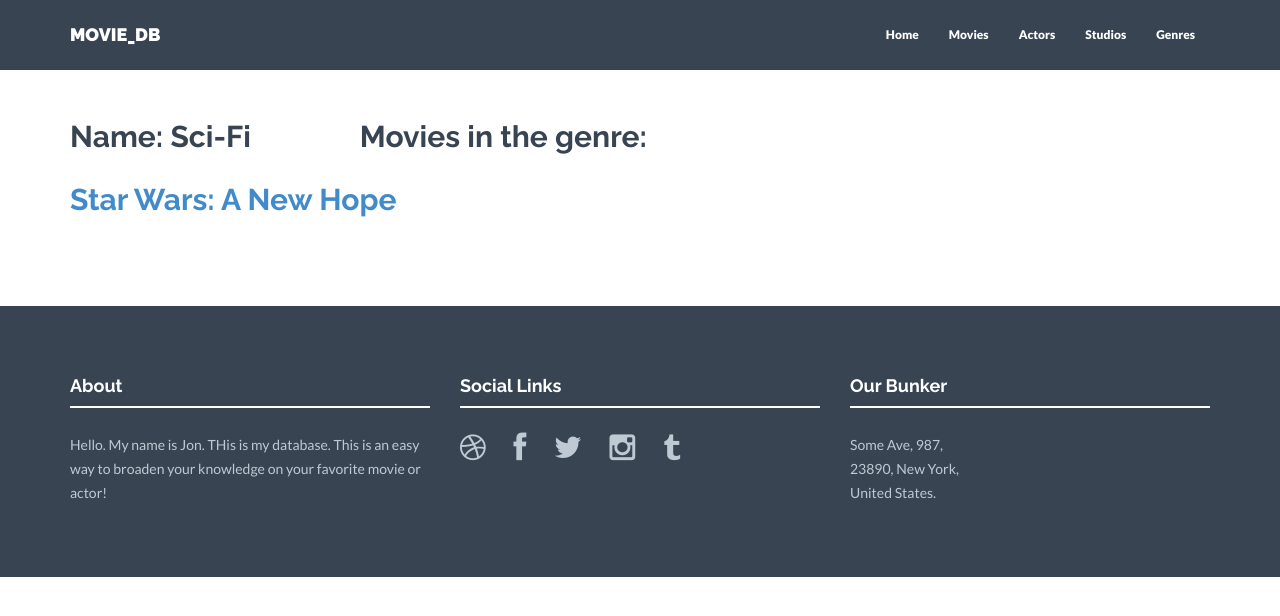
Repository: jonak91/Buzzerd-index
Page: http://localhost/genre.php?gID=1
The author's editor kept a record of every edit. The page is drawn from the files as they stood at one moment, then again after the next edit.
The browser window is 1280 px wide. The pictures show the whole page.
Some web libraries are served in a nearby version. The page is run by PHP 8.4 with error messages shown; the project is at /var/www/html/. The database holds what the project's SQL file puts in it.

Above is the page before.
Not found: assets/js/modernizr.js

### genre.php
<?php require_once( 'incl/functions.php' ); ?>
<?php require_once( 'incl/header.php' ); ?>

 <div class="container mtb">
	 	<div class="row">

	 		<?php
	 		$gID = $_GET['gID'];
	 		$genre = get_genre($gID);
	 		?>

	 		<! -- MAIN CONTENAT AREA -->
	 		<div class="col-lg-8">

					<table style="width:100%">

					<tr><td><h2>Name: <?php echo $genre['name']; ?></h2></td> <td><h2>Movies in the genre:</h2></td></tr>
					<?php $moviesfromgenre = get_moviesfromgenre($gID);
		 		foreach ($moviesfromgenre as $moviefromgenre) {?>
		 			<tr>
		 			<td colspan="2"><h2><a href="movie.php?mID=<?php echo $moviefromgenre['mID']; ?>"><?php echo $moviefromgenre['title']; ?></a></h2></td>
		 			</tr>
		 		<?php } ?>


					</table>

			</div><! --/ MAIN CONTENT AREA -->

	 	</div><! --/row -->
	 </div><! --/container -->

<?php require_once( 'incl/footer.php' ); ?>

### incl/functions.php
<?php
require_once('database.php');

$host= '127.0.0.1';
$u= 'jonak91';
$p = '';
$d= 'movies';

global $db;
$db= new Database($d, $u, $p, $host);

function get_movies(){
	$db = $GLOBALS['db'];
	$results = $db->query("SELECT * FROM movies"); //updated
	return $db->resToArray($results);
}

function get_actors(){
	$db= $GLOBALS['db'];
	$results = $db->query("SELECT * FROM actors ORDER BY 'first_name'"); //updated
	return $db->resToArray($results);
}

function get_studios(){
	$db= $GLOBALS['db'];
	$results = $db->query("SELECT * FROM studio"); //updated
	return $db->resToArray($results);
}

function get_genres(){
	$db= $GLOBALS['db'];
	$results = $db->query("SELECT * FROM genre"); //updated
	return $db->resToArray($results);
}

function get_movie($mID){
	$db= $GLOBALS['db'];
	$query= "SELECT * FROM movies WHERE mID = '$mID'"; //updated
	return $db->get_row($query);
}

function get_actor($aID){
	$db= $GLOBALS['db'];
	$query= "SELECT * FROM actors WHERE aID = '$aID'"; //updated
	return $db->get_row($query);
}

function get_studio($sID){
	$db= $GLOBALS['db'];
	$query= "SELECT * FROM studio WHERE sID = '$sID'"; //updated
	return $db->get_row($query);
}

function get_genre($gID){
	$db= $GLOBALS['db'];
	$query= "SELECT * FROM genre WHERE gID = '$gID'"; //updated
	return $db->get_row($query);
}

function get_moviesfromstudio($id){  //works
	$db= $GLOBALS['db'];
	$results= $db->query("SELECT * FROM movies JOIN studio ON movies.studioID = studio.sID WHERE studio.sID = '$id'");
	return $db->resToArray($results);
}

function get_genresfrommovies($id){
	$db= $GLOBALS['db'];
	$results= $db->query("SELECT * FROM genre JOIN movie_genres ON genre.gID = movie_genres.genreID JOIN movies ON movie_genres.movieID = movies.mID WHERE movies.mID = '$id'");
	return $db->resToArray($results);
}

function get_moviesfromactor($id){ //works
	$db= $GLOBALS['db'];
	$results= $db->query("SELECT * FROM movies JOIN movie_actors ON movies.mID = movie_actors.movieID JOIN actors ON movie_actors.actorID = actors.aID WHERE actors.aID = '$id'");
	return $db->resToArray($results);
}

function get_moviesfromgenre($id){ //works
	$db= $GLOBALS['db'];
	$results= $db->query("SELECT * FROM movies JOIN movie_genres ON movies.mID = movie_genres.movieID JOIN genre ON movie_genres.genreID = genre.gID WHERE genre.gID = '$id'");
	return $db->resToArray($results);
}

function get_actorsfrommovies($id){  //works
	$db= $GLOBALS['db'];
	$results= $db->query("SELECT * FROM actors JOIN movie_actors ON actors.aID = movie_actors.actorID JOIN movies ON movie_actors.movieID = movies.mID WHERE movies.mID = '$id'");
	return $db->resToArray($results);
}

function add_movie($info){		//works
	$db= $GLOBALS['db'];
	extract($info);
	$submitted= $db->query("INSERT INTO movies VALUES('', '$title', '$year_released', '$synopsis', '$was_novel', '$studioID', CURRENT_TIMESTAMP)");

	if($submitted){
		print "<h3>$title submitted!</h3>";
	}
}

function add_actor($info){		//works
	$db= $GLOBALS['db'];
	extract($info);
	$submitted= $db->query("INSERT INTO actors VALUES('', '$first_name', '$last_name', '$bio', '$dob', '$won_oscar', CURRENT_TIMESTAMP)");

	if($submitted){
		print "<h3>$first_name $last_name submitted!</h3>";
	}
}

function add_genre($info){		//works
	$db= $GLOBALS['db'];
	extract($info);
	$submitted= $db->query("INSERT INTO genre VALUES('', '$name', CURRENT_TIMESTAMP)");

	if($submitted){
		print "<h3>$name submitted!</h3>";
	}
}

function add_studio($info){		//works
	$db= $GLOBALS['db'];
	extract($info);
	$submitted= $db->query("INSERT INTO studio VALUES('', '$name', '$city', '$state', '$zip', CURRENT_TIMESTAMP)");

	if($submitted){
		print "<h3>$name submitted!</h3>";
	}
}

function assign_atm($info){		//works
	$db= $GLOBALS['db'];
	extract($info);
	$submitted= $db->query("INSERT INTO movie_actors VALUES('', '$movie', '$actor', CURRENT_TIMESTAMP)");

	if($submitted){
		print "<h3>assigned</h3>";
	}
}

function assign_gtm($info){		//works
	$db= $GLOBALS['db'];
	extract($info);
	$submitted= $db->query("INSERT INTO movie_genres VALUES('', '$movie', '$genre', CURRENT_TIMESTAMP)");

	if($submitted){
		print "<h3>assigned</h3>";
	}
}


?>
>

### incl/database.php
<?php
class Database{
        var $dbName;
        var $user;
        var $password;
        var $host;
        var $lastID;
        var $dbConn;

        //constructor
        function __construct($db, $u, $p, $h){
                $this->dbName= $db;
                $this->user= $u;
                $this->password= $p;
                $this->host= $h;

                //metadata to get entire table list?
        }

        //any query
        function query($query){
                        $this->dbConn= new mysqli($this->host, $this->user, $this->password, $this->dbName);
                        if($this->dbConn->connect_errno > 0){
                                die('Unable to connect to database [' . $dbh->connect_error . ']');
                        }

                        $result= $this->dbConn->query($query) or die('There was an error running the query [' . $this->dbConn->error . ']');
                        $this->lastID= $this->dbConn->insert_id;
                        $this->dbConn->close();

                        return $result;
        }

        function resToArray($res){
                $data= array();
                while($info= mysqli_fetch_assoc($res)){
                        $data[]= $info;
                }

                return $data;
        }

        function get_column($query){

                $res= $this->query($query);

                $data= array();

                while($info= mysqli_fetch_assoc($res)){
                        $key= array_keys($info);
                        $key= $key[0];
                        $data[]= $info[$key];
                }

                return $data;
        }

        function get_row($query){
                $res= $this->query($query);
                $res= $this->resToArray($res);

            return ($res == false) ? $res : $res[0];
        }

        function get_var($query){
                $res= $this->query($query);

                $info= mysqli_fetch_array($res);

                return $info[0];
        }


        function get_mysql_timestamp(){
                return date('Y-m-d H:i:s', time());
        }

        function print_array( $a ) {
        ?>
          <pre>
          <?php var_dump( $a ); ?>
          </pre>
        <?php
        }


        function clean_array($info){
                foreach($info as $key => $val){
                        $info["$key"]= $this->clean($val);
                }

                return $info;
        }


        function clean($a){
                $this->dbConn= new mysqli($this->host, $this->user, $this->password, $this->dbName);
                $a= $this->dbConn->real_escape_string($a);
                $this->dbConn->close();

                return $a;
        }

}


?>

### incl/header.php
<!DOCTYPE html>
<html lang="en">
  <head>
    <meta charset="utf-8">
    <meta http-equiv="X-UA-Compatible" content="IE=edge">
    <meta name="viewport" content="width=device-width, initial-scale=1">
    <meta name="description" content="">
    <meta name="author" content="">
    <link rel="shortcut icon" href="assets/ico/favicon.ico">

    <title>SOLID - Bootstrap 3 Theme</title>

    <!-- Bootstrap core CSS -->
    <link href="assets/css/bootstrap.css" rel="stylesheet">

    <!-- Custom styles for this template -->
    <link href="assets/css/style.css" rel="stylesheet">
    <link href="assets/css/font-awesome.min.css" rel="stylesheet">


    <!-- Just for debugging purposes. Don't actually copy this line! -->
    <!--[if lt IE 9]><script src="../../assets/js/ie8-responsive-file-warning.js"></script><![endif]-->

    <!-- HTML5 shim and Respond.js IE8 support of HTML5 elements and media queries -->
    <!--[if lt IE 9]>
      <script src="https://oss.maxcdn.com/libs/html5shiv/3.7.0/html5shiv.js"></script>
      <script src="https://oss.maxcdn.com/libs/respond.js/1.4.2/respond.min.js"></script>
    <![endif]-->

    <script src="assets/js/modernizr.js"></script>
  </head>

  <body>

    <!-- Fixed navbar -->
    <div class="navbar navbar-default navbar-fixed-top" role="navigation">
      <div class="container">
        <div class="navbar-header">
          <button type="button" class="navbar-toggle" data-toggle="collapse" data-target=".navbar-collapse">
            <span class="sr-only">Toggle navigation</span>
            <span class="icon-bar"></span>
            <span class="icon-bar"></span>
            <span class="icon-bar"></span>
          </button>
          <a class="navbar-brand" href="index.php">MOVIE_DB</a>
        </div>
        <div class="navbar-collapse collapse navbar-right">
          <ul class="nav navbar-nav">
            <li><a href="index.php">Home</a></li>
            <li><a href="movies.php">Movies</a></li>
            <li><a href="actors.php">Actors</a></li>
            <li><a href="studios.php">Studios</a></li>
            <li><a href="genres.php">Genres</a></li>
          </ul>
        </div><!--/.nav-collapse -->
      </div>
    </div>

### incl/footer.php


	<!-- *****************************************************************************************************************
	 FOOTER
	 ***************************************************************************************************************** -->
	 <div id="footerwrap">
	 	<div class="container">
		 	<div class="row">
		 		<div class="col-lg-4">
		 			<h4>About</h4>
		 			<div class="hline-w"></div>
		 			<p>Hello. My name is Jon. THis is my database. This is an easy way to broaden your knowledge on your favorite movie or actor!</p>
		 		</div>
		 		<div class="col-lg-4">
		 			<h4>Social Links</h4>
		 			<div class="hline-w"></div>
		 			<p>
		 				<a href="#"><i class="fa fa-dribbble"></i></a>
		 				<a href="#"><i class="fa fa-facebook"></i></a>
		 				<a href="#"><i class="fa fa-twitter"></i></a>
		 				<a href="#"><i class="fa fa-instagram"></i></a>
		 				<a href="#"><i class="fa fa-tumblr"></i></a>
		 			</p>
		 		</div>
		 		<div class="col-lg-4">
		 			<h4>Our Bunker</h4>
		 			<div class="hline-w"></div>
		 			<p>
		 				Some Ave, 987,<br/>
		 				23890, New York,<br/>
		 				United States.<br/>
		 			</p>
		 		</div>

		 	</div><! --/row -->
	 	</div><! --/container -->
	 </div><! --/footerwrap -->

    <!-- Bootstrap core JavaScript
    ================================================== -->
    <!-- Placed at the end of the document so the pages load faster -->
    <script src="https://ajax.googleapis.com/ajax/libs/jquery/1.11.0/jquery.min.js"></script>
    <script src="assets/js/bootstrap.min.js"></script>
	<script src="assets/js/retina-1.1.0.js"></script>
	<script src="assets/js/jquery.hoverdir.js"></script>
	<script src="assets/js/jquery.hoverex.min.js"></script>
	<script src="assets/js/jquery.prettyPhoto.js"></script>
  	<script src="assets/js/jquery.isotope.min.js"></script>
  	<script src="assets/js/custom.js"></script>


  </body>
</html>

### assets/css/style.css
/*	################################################################

	Author: Carlos Alvarez
	URL: http://alvarez.is

	Project Name: SOLID - Bootstrap 3 Theme
	Version: 1.0
	URL: http://alvarez.is

################################################################# */
@import url(http://fonts.googleapis.com/css?family=Raleway:400,700,900);
@import url(http://fonts.googleapis.com/css?family=Lato:400,900);
@import url("prettyPhoto.css") screen;
@import url("hoverex-all.css") screen;

/*	################################################################
	1. GENERAL STRUCTURES
################################################################# */
	* {
		margin: 0;
		padding: 0px;
	}

body {
	background: #ffffff;
	margin: 0;
	height: 100%;
	color: #384452;
	font-family: 'Lato', sans-serif;
	font-weight: 400;
	}

h1, h2, h3, h4, h5, h6 {
	font-family: 'Raleway', sans-serif;
	font-weight: 700;
}

p {
	padding: 0;
	margin-bottom: 12px;
	font-family: 'Lato', sans-serif;
	font-weight: 400;
	font-size: 14px;
	line-height: 24px;
	color: #384452;
	margin-top: 10px;
}

img {
	height: auto;
	max-width: 100%;
}

a {
	padding: 0;
	margin: 0;
	text-decoration: none;
	-webkit-transition: background-color .4s linear, color .4s linear;
	-moz-transition: background-color .4s linear, color .4s linear;
	-o-transition: background-color .4s linear, color .4s linear;
	-ms-transition: background-color .4s linear, color .4s linear;
	transition: background-color .4s linear, color .4s linear;
}
a:hover,
a:focus {
  text-decoration: none;
  color:#01b2fe;
}

::-moz-selection  {
	color: #fff;
	text-shadow:none;
	background:#2B2E31;
}
::selection {
	color: #fff;
	text-shadow:none;
	background:#2B2E31;
}

.centered {
	text-align: center
}

/*	################################################################
	BOOTSTRAP MODIFICATIONS & TWEAKS
################################################################# */
.navbar {
	min-height: 70px;
	padding-top: 10px;
	margin-bottom: 0px;
}

.navbar-brand {
	font-family: 'Raleway', sans-serif;
	font-weight: 900;
}

.navbar-header .navbar-brand {
	color: white;
}

.navbar-default .navbar-nav > li > a {
	color: white;
	font-weight: 700;
	font-size: 12px;
}

.navbar-default .navbar-nav > li > a:hover {
	color: #00b3fe;
}

.navbar-default .navbar-nav > .active > a, .navbar-default .navbar-nav > .active > a:hover, .navbar-default .navbar-nav > .active > a:focus {
	color: #00b3fe;
	background-color: transparent;
}

.navbar-default {
	background-color: #384452;
	border-color: transparent;
}

.dropdown-menu {
	background: #384452;
}

.dropdown-menu > li > a {
	color: white;
	font-weight: 700;
	font-size: 12px;
}

.btn-theme {
  color: #fff;
  background-color: #384452;
  border-color: #384452;
  margin: 4px;
}
.btn-theme:hover,
.btn-theme:focus,
.btn-theme:active,
.btn-theme.active,
.open .dropdown-toggle.btn-theme {
  color: #fff;
  background-color: #00b3fe;
  border-color: #00b3fe;
}

.dmbutton:hover,
.dmbutton:active,
.dmbutton:focus{
	color: #ffffff;
	background-color: #222222;
	border-color: #ffffff;
}
.dmbutton {
	background:rgba(0, 0, 0, 0);
	border: 1px solid #ffffff;
	color: #ffffff;
	-webkit-border-radius: 2px;
	border-radius: 2px;
	padding-top: 1.025rem;
	padding-right: 2.25rem;
	letter-spacing:0.85px;
	padding-bottom: 1.0875rem;
	padding-left: 2.25rem;
	font-size: 1.55rem;
	cursor: pointer;
	font-weight: normal;
	line-height: normal;
	margin: 0 0 1.25rem;
	text-decoration: none;
	text-align: center;
	display: inline-block;
	-webkit-transition: background-color 300ms ease-out;
	-moz-transition: background-color 300ms ease-out;
	transition: background-color 300ms ease-out;
	-webkit-appearance: none;
	font-weight: normal !important;
}

.mtb {
	margin-top: 80px;
	margin-bottom: 80px;
}

.mb {
	margin-bottom: 60px;
}

.mt {
	margin-top: 60px;
}

.hline {
	border-bottom: 2px solid #384452;
}

.hline-w {
	border-bottom: 2px solid #ffffff;
	margin-bottom: 25px;
}
/*	################################################################
	SITE WRAPS
################################################################# */

#headerwrap {
	background-color: #00b3fe;
	min-height: 550px;
	padding-top: 100px;
	padding-bottom: 0px;
	text-align: center;
}

#headerwrap h3, h5 {
	color: white;
	font-weight: 400;
}

#headerwrap h1 {
	color: white;
	margin-bottom: 25px;
}

#headerwrap .img-responsive {
	margin: 0 auto;
}

/* Services Wrap */
#service {
	margin-top: 100px;
	margin-bottom: 80px;
}

#service i {
	color: #00b3fe;
	font-size: 60px;
	padding: 15px;
}

/* Portfolio Wrap */
#portfoliowrap {
	padding-top: 60px;
	margin-bottom: 60px;
	display: block;
	text-align: center
}

#portfoliowrap h3 {
	margin-bottom: 25px;
}

.portfolio {
	padding:0 !important;
	margin:0 !important;
	display:block;
}


.portfolio-item .title:before {border-radius:0; display:none}
.portfolio-item p {margin:0px 0 30px;}
.portfolio-item h3 {margin:-10px 0 10px; font-size:16px; text-transform:uppercase;}


.tpl6 h3
{
	color:#fff;
	margin:0;
	padding:40px 5px 0;
	font-size:16px;
	text-transform:uppercase;
}
.tpl6 .dmbutton
{
	display:inline-block;
	margin:30px 5px 20px 5px;
	font-size:13px;
}

.tpl6 .bg
{
	height:100%;
	width:100%;
	background-color:#00b3fe;
	background-color:rgba(0,179,254,.9);
	text-align:center;
}

/* Testimonials Wrap */
#twrap {
	background: url(../img/t-back.jpg) no-repeat center top;
	margin-top: 0px;
	padding-top:60px;
	text-align:center;
	background-attachment: relative;
	background-position: center center;
	min-height: 450px;
	width: 100%;

    -webkit-background-size: 100%;
    -moz-background-size: 100%;
    -o-background-size: 100%;
    background-size: 100%;

    -webkit-background-size: cover;
    -moz-background-size: cover;
    -o-background-size: cover;
    background-size: cover;
}

#twrap i {
	font-size: 50px;
	color: white;
	margin-bottom: 25px;
}

#twrap p {
	color: white;
	font-size: 15px;
	line-height: 30px;
}

/* clients logo */
#cwrap {
	background: #f7f7f7;
	margin-top: 0px;
	padding-top: 80px;
	padding-bottom: 100px;
}

#cwrap h3 {
	margin-bottom: 60px;
}

/* Footer */
#footerwrap {
	padding-top: 60px;
	padding-bottom: 60px;
	background: #384452;
}

#footerwrap p {
	color: #bfc9d3;
}

#footerwrap h4 {
	color: white;
}

#footerwrap i {
	font-size: 30px;
	color: #bfc9d3;
	padding-right: 25px;
}

#footerwrap i:hover {
	color: #00b3fe
}

/*	################################################################
	PAGE CONFIGURATIONS
################################################################# */
/* General Tweaks */

#blue {
	background: #00b3fe;
	margin-top: 60px;
	margin-bottom: 60px;
	padding-top: 25px;
	padding-bottom: 25px;
}

#blue h3 {
	color: white;
	margin-left: 15px;
}

.ctitle {
	color: #00b3fe;
	font-weight: 700;
	margin-bottom: 15px;
}

csmall {
	font-size: 12px;
	color: #b3b3b3;
}
csmall2 {
	font-size: 12px;
	color: #f39c12
}

.spacing {
	margin-top: 40px;
	margin-bottom: 40px;
}

.badge-theme {
	background: #00b3fe;
}

/* Contact Page */
#contactwrap {
	background: url(../img/contact.jpg) no-repeat center top;
	margin-top: -60px;
	padding-top:0px;
	text-align:center;
	background-attachment: relative;
	background-position: center center;
	min-height: 400px;
	width: 100%;

    -webkit-background-size: 100%;
    -moz-background-size: 100%;
    -o-background-size: 100%;
    background-size: 100%;

    -webkit-background-size: cover;
    -moz-background-size: cover;
    -o-background-size: cover;
    background-size: cover;
}

/* Blog Page */
.popular-posts {
	margin: 0px;
	padding-left: 0px;
	}

.popular-posts li {
	list-style: none;
	margin-bottom: 20px;
	min-height: 70px;
}
.popular-posts li a,
.popular-posts li a:hover {
	color:#2f2f2f;
	text-decoration: none;
	}

.popular-posts li img {
	float: left;
	margin-right: 20px;
	}

.popular-posts li em {
	font-family: 'Lato', sans-serif;
	font-size: 12px;
	color: #b3b3b3
	}

.popular-posts p {
	line-height: normal;
	margin-bottom: auto;
}

.share i {
	padding-right: 15px;
	font-size: 18px;
}

### job.sql (the tables this page reads)
CREATE TABLE IF NOT EXISTS `genre` (
`gID` smallint(6) NOT NULL,
  `name` varchar(50) NOT NULL,
  `timestamp` timestamp NOT NULL DEFAULT CURRENT_TIMESTAMP ON UPDATE CURRENT_TIMESTAMP
) ENGINE=InnoDB AUTO_INCREMENT=7 DEFAULT CHARSET=latin1;

INSERT INTO `genre` (`gID`, `name`, `timestamp`) VALUES
(1, 'Sci-Fi', '2014-11-21 13:16:26'),
(2, 'Fantasy', '2014-11-21 13:16:26'),
(3, 'Political Satire', '2014-11-21 13:16:38'),
(4, 'Comedy', '2014-11-21 13:16:38'),
(5, 'Crime', '2014-11-21 13:26:18'),
(6, 'Thriller', '2014-11-21 13:26:18');

ALTER TABLE `genre`
 ADD PRIMARY KEY (`gID`);

ALTER TABLE `genre`
MODIFY `gID` smallint(6) NOT NULL AUTO_INCREMENT,AUTO_INCREMENT=7;

CREATE TABLE IF NOT EXISTS `movie_genres` (
`mgID` int(11) NOT NULL,
  `movieID` mediumint(9) NOT NULL,
  `genreID` smallint(6) NOT NULL,
  `timestamp` timestamp NOT NULL DEFAULT CURRENT_TIMESTAMP ON UPDATE CURRENT_TIMESTAMP
) ENGINE=InnoDB AUTO_INCREMENT=9 DEFAULT CHARSET=latin1;

INSERT INTO `movie_genres` (`mgID`, `movieID`, `genreID`, `timestamp`) VALUES
(1, 1, 1, '2014-11-21 13:16:52'),
(2, 1, 2, '2014-11-21 13:16:52'),
(3, 2, 3, '2014-11-21 13:17:03'),
(4, 2, 4, '2014-11-21 13:17:03'),
(5, 3, 5, '2014-11-21 13:26:39'),
(6, 3, 6, '2014-11-21 13:26:39'),
(7, 4, 5, '2014-11-21 13:26:51'),
(8, 4, 6, '2014-11-21 13:26:51');

ALTER TABLE `movie_genres`
 ADD PRIMARY KEY (`mgID`);

ALTER TABLE `movie_genres`
MODIFY `mgID` int(11) NOT NULL AUTO_INCREMENT,AUTO_INCREMENT=9;

CREATE TABLE IF NOT EXISTS `movies` (
`mID` mediumint(9) NOT NULL,
  `title` varchar(50) NOT NULL,
  `year_released` year(4) NOT NULL,
  `synopsis` longtext NOT NULL,
  `was_novel` tinyint(4) NOT NULL,
  `studioID` mediumint(9) NOT NULL,
  `timestamp` timestamp NOT NULL DEFAULT CURRENT_TIMESTAMP ON UPDATE CURRENT_TIMESTAMP
) ENGINE=InnoDB AUTO_INCREMENT=5 DEFAULT CHARSET=latin1;

INSERT INTO `movies` (`mID`, `title`, `year_released`, `synopsis`, `was_novel`, `studioID`, `timestamp`) VALUES
(1, 'Star Wars: A New Hope', 1977, 'Hokey religions and ancient weapons are no match for a good blaster at your side, kid. You''re all clear, kid. Let''s blow this thing and go home! I suggest you try it again, Luke. This time, let go your conscious self and act on instinct.', 0, 1, '2014-11-21 13:13:25'),
(2, 'Men Who Stare at Goats', 2009, 'Did you dress her up like this? Who''s that then? I''m not a witch. But you are dressed as oneâ€¦ Well, how''d you become king, then?', 1, 2, '2014-11-21 13:13:25'),
(3, 'Ocean''s Eleven', 2001, 'Ut enim ad minim veniam, quis nostrud exercitation ullamco. Sed ut perspiciatis unde omnis iste natus error sit voluptatem. Cupiditate non provident, similique sunt in culpa qui officia deserunt mollitia. Ut enim ad minima veniam, quis nostrum exercitationem ullam corporis suscipit laboriosam.', 0, 3, '2014-11-21 13:21:49'),
(4, 'Ocean''s Twleve', 2004, 'Eaque ipsa quae ab illo inventore veritatis et quasi. Architecto beatae vitae dicta sunt explicabo. Et iusto odio dignissimos ducimus qui blanditiis praesentium voluptatum deleniti atque. Cupiditate non provident, similique sunt in culpa qui officia deserunt mollitia. Fugiat quo voluptas nulla pariatur? Nihil molestiae consequatur, vel illum qui dolorem eum.', 0, 3, '2014-11-21 13:21:49');

ALTER TABLE `movies`
 ADD PRIMARY KEY (`mID`);

ALTER TABLE `movies`
MODIFY `mID` mediumint(9) NOT NULL AUTO_INCREMENT,AUTO_INCREMENT=5;

Loaded but not shown: assets/css/bootstrap.css (library); assets/css/font-awesome.min.css (library); assets/js/bootstrap.min.js (library); assets/js/jquery.hoverdir.js (library); assets/js/jquery.hoverex.min.js (library); assets/js/jquery.prettyPhoto.js (library); assets/js/jquery.isotope.min.js (library); assets/js/custom.js (common file); assets/js/retina-1.1.0.js (151 lines, source omitted); assets/css/hoverex-all.css (2838 lines, source omitted); assets/css/prettyPhoto.css (170 lines, source omitted)

After the next edit:
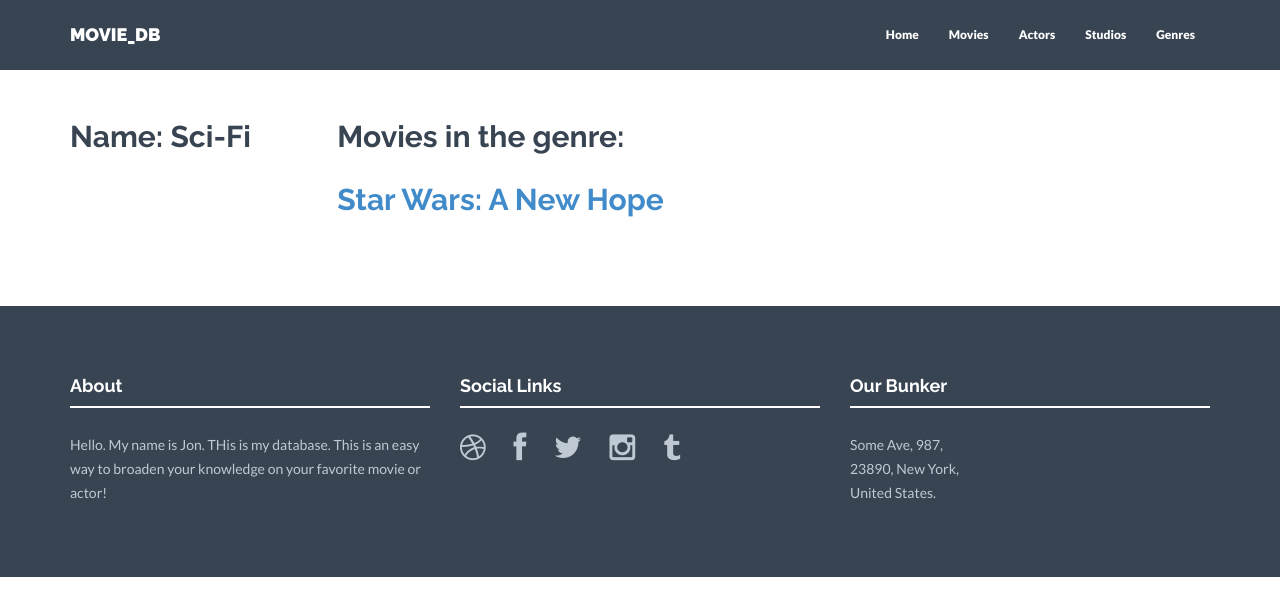
The edit:
--- a/genre.php
+++ b/genre.php
@@ -18,7 +18,7 @@
 					<?php $moviesfromgenre = get_moviesfromgenre($gID);
 		 		foreach ($moviesfromgenre as $moviefromgenre) {?>
 		 			<tr>
-		 			<td colspan="2"><h2><a href="movie.php?mID=<?php echo $moviefromgenre['mID']; ?>"><?php echo $moviefromgenre['title']; ?></a></h2></td>
+		 			<td></td><td colspan="2"><h2><a href="movie.php?mID=<?php echo $moviefromgenre['mID']; ?>"><?php echo $moviefromgenre['title']; ?></a></h2></td>
 		 			</tr>
 		 		<?php } ?>
 
